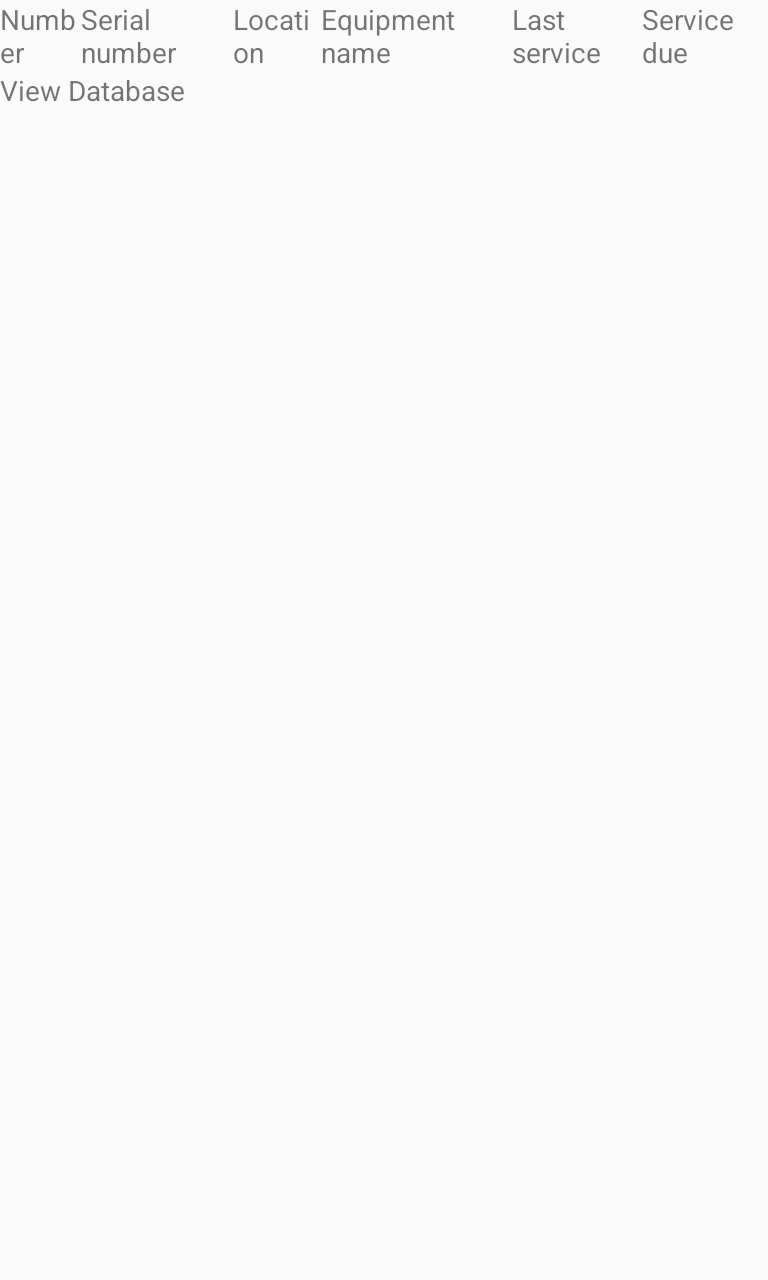
Repository: procmillie/AppKeepV9.12.14
Layout: StupidApp/res/layout/database_view123.xml
The author's editor kept a copy of each file at every save. The layout is drawn from the files as they stood at one save, then again after the next save.
It is drawn on a 768 x 1280 px phone screen (xhdpi) without system bars, with theme AppTheme; the app's code is not run.

Above is the layout before, as saved 2014-11-26 18:56:06.

### StupidApp/res/layout/database_view123.xml
<?xml version="1.0" encoding="utf-8"?>

<!--  Setting up the layout for the database view -->
<LinearLayout xmlns:android="http://schemas.android.com/apk/res/android"
    	android:orientation="vertical"
    	android:layout_width="match_parent"
        android:layout_height="match_parent">

  <!--   <HorizontalScrollView
        android:id="@+id/horizontalScrollView1"
        android:layout_width="wrap_content"
        android:layout_height="wrap_content" >-->


    <TableLayout android:id="@+id/tableLayout1"
        android:layout_width="fill_parent"
        android:layout_height="wrap_content"
        android:scrollbars="horizontal|vertical" >

        <TableRow android:id="@+id/tableRow1">
              <TextView  android:text="@string/num" 	 android:layout_width="match_parent"   android:layout_height="match_parent"
                  android:layout_weight="1"/>

              <TextView  android:text="@string/serial_num" 	 android:layout_width="match_parent"   android:layout_height="match_parent"
                  android:layout_weight="1"/>

              <TextView  android:layout_width="match_parent"  android:layout_height="match_parent"  android:text="@string/equip_location"
                  android:layout_weight="1" />

              <TextView  android:text="@string/equip_name" 	 android:layout_width="match_parent"   android:layout_height="match_parent"
                  android:layout_weight="1"/>

              <TextView  android:text="@string/date_last" 	 android:layout_width="match_parent"   android:layout_height="match_parent"
                  android:layout_weight="1"/>

              <TextView  android:text="@string/date_due" 	 android:layout_width="match_parent"   android:layout_height="match_parent"
                  android:layout_weight="1"/>

        </TableRow>

    </TableLayout>

     <!-- </HorizontalScrollView>-->

    <TextView  android:text="@string/view_database"  android:id="@+id/tv_full_database_view"
        android:layout_width="fill_parent"   android:layout_height="fill_parent"/>

</LinearLayout>

### StupidApp/res/values/strings.xml
<?xml version="1.0" encoding="utf-8"?>
<resources>

    <string name="app_name">AppKeep</string>
    <string name="hello_world">Hello world!</string>
    <string name="action_settings">Settings</string>

    <!-- Strings for DATABASE INPUT screen -->
    <!-- Setting up background color and strings for text hints and text box titles that let users know what data to enter -->

    <color name="bground_color">#4585E6</color>
    <color name="editText_bground">#D3E2F9</color>
    <string name="serial_num">Serial number</string>
    <string name="serial_num_hint">exampleXX111</string>
    <string name="equip_name">Equipment name</string>
    <string name="equip_location">Location</string>
    <string name="date_last">Last service</string>
    <string name="date_due">Service due</string>
    <string name="set_reminder">Set Reminder</string>
    <string name="query">Query</string>

    <string name="view_db">View Database</string>
    <string name="num">Number</string>
    <string name="edit_entry">Edit</string>
      <string name="delete_entry">Delete</string>


    <!--  Manifest String names -->
    <string name="database_homescreen">Database Homescreen</string>
    <string name="database_view">Database View</string>

    <!--  DatePicker String names -->
     <string name="set_date">Set Date</string>
     <string name="set_date_hint">Set Date</string>
     <string name="set_date_last_service">Set Date of Last Service</string>


    <!--  Button strings to input and edit database entries. Colors used:
    #FF9147 - pale gold
    #FF8533 - dark gold
    A34719 - brown-->
    <string name="create_entry">Create entry</string>
    <string name="view_database">View Database</string>
    <color name="bn_color">#FF9147</color>
    <color name="bn_color2">#FFC985</color>
    <color name="bn_color3">#FF0000</color>
    <color name="bn_color4">#FF3333</color>
    <color name="bn_color5">#FFC985</color>
    <color name="bn_color6">#A34719</color>
    <color name="bn_color7">#99FF66</color>




</resources>

Loaded but not shown: StupidApp/res/values/styles.xml (common file); StupidApp/res/values-v11/styles.xml (common file); StupidApp/res/values-v14/styles.xml (common file)

After the next save:
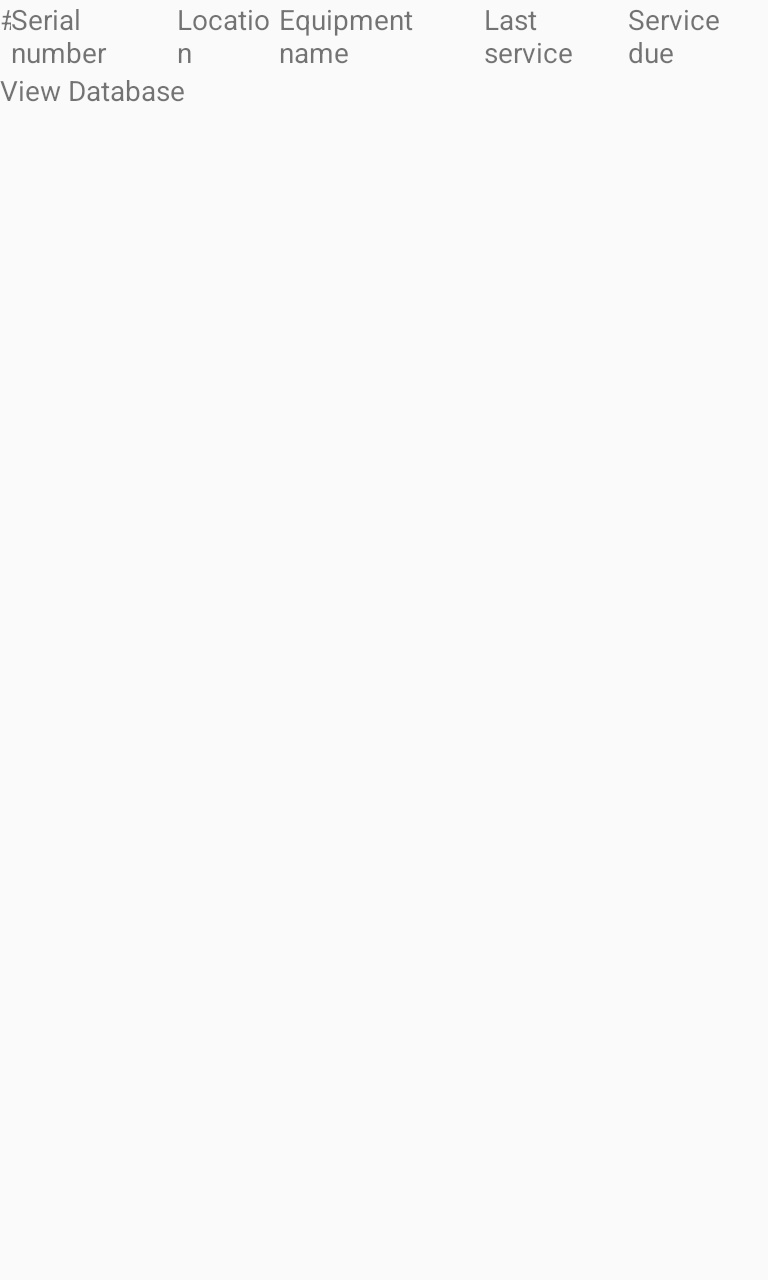
Saved 2 min 22 s later.
--- a/StupidApp/res/values/strings.xml
+++ b/StupidApp/res/values/strings.xml
@@ -20,7 +20,7 @@
     <string name="query">Query</string>
 
     <string name="view_db">View Database</string>
-    <string name="num">Number</string>
+    <string name="num">#</string>
     <string name="edit_entry">Edit</string>
       <string name="delete_entry">Delete</string>
 
